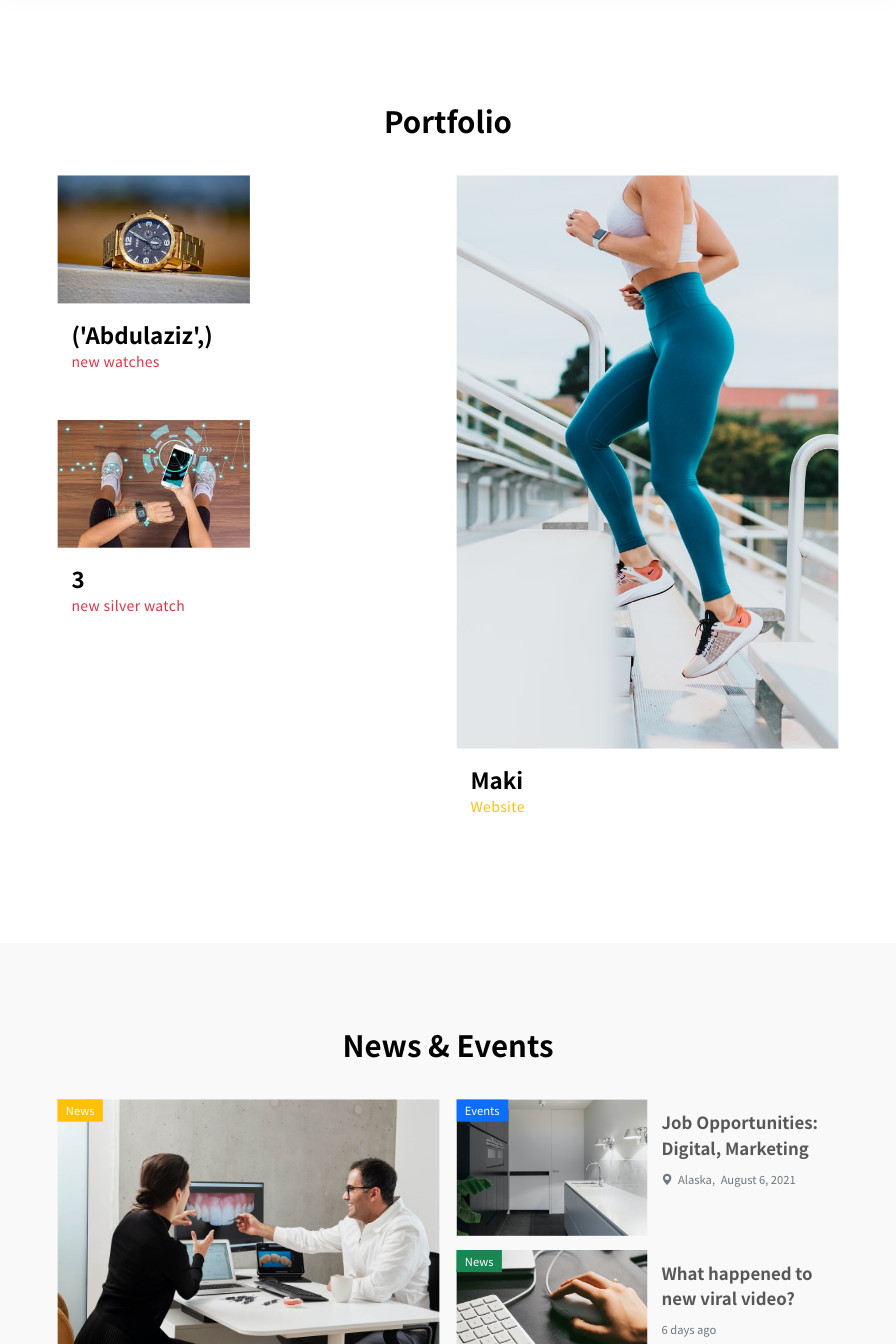
Repository: maqsudov0371/homework
Page: http://localhost/
The author's editor kept a copy of each file at every save. The page is drawn from the files as they stood at one save, then again after a run of saves.
The browser window is 1280 px wide. The pictures show the part of the page from y = 769 to 2689 px (the page is 4461 px tall before and 4174 px after), at 70% of full size.
The page is served by the project's application, run on Django 5.2 (manage.py). Other server files are loaded and not shown. The page reads the database file committed with the project.

Above is the page before, as saved 2024-07-13 15:10:26.

### templates/watches.html
<!doctype html>
<html lang="en">
    {% load static %}
    <head>
        <meta charset="utf-8">
        <meta name="viewport" content="width=device-width, initial-scale=1">

        <meta name="description" content="">
        <meta name="author" content="">

        <!-- <title>Nomad Force HTML Bootstrap 5 Template</title> -->

        <!-- CSS FILES -->
        <link rel="preconnect" href="https://fonts.googleapis.com">

        <link rel="preconnect" href="https://fonts.gstatic.com" crossorigin>

        <link href="https://fonts.googleapis.com/css2?family=Noto+Sans+JP:wght@100;300;400;700;900&display=swap" rel="stylesheet">

        <link href="{% static 'css/bootstrap.min.css' %}" rel="stylesheet">
        <link href="{% static 'css/bootstrap-icons.css' %}" rel="stylesheet">

        <link rel="stylesheet" href="{% static 'css/magnific-popup.css' %} ">

        <link href="{% static 'css/aos.css' %}" rel="stylesheet">

        <link href="{% static 'css/templatemo-nomad-force.css' %}" rel="stylesheet">
<!--

TemplateMo 567 Nomad Force

https://templatemo.com/tm-567-nomad-force

-->
    </head>

    <body>

        <main>

            <section class="hero" id="hero">
                <div class="heroText">
                    <h1 class="text-white mt-5 mb-lg-4" data-aos="zoom-in" data-aos-delay="800">
                        Trend WAtches
                    </h1>

                    <p class="text-secondary-white-color" data-aos="fade-up" data-aos-delay="1000">
                        create a great video for your website
                    </p>
                </div>

                <div class="videoWrapper">
                    <video autoplay="" loop="" muted="" class="custom-video" poster="{static 'videos/814dc43e870597176cad645798825c03.mp4'}">
                        <source src="{% static 'videos/814dc43e870597176cad645798825c03.mp4' %}" type="video/mp4">

                        Your browser does not support the video tag.
                    </video>
                </div>

                <div class="overlay"></div>
            </section>

            <nav class="navbar navbar-expand-lg bg-light shadow-lg">
                <div class="container">
                    <a class="navbar-brand" href="index.html">
                        <strong>Nomad Force</strong>
                    </a>

                    <button class="navbar-toggler" type="button" data-bs-toggle="collapse" data-bs-target="#navbarNav" aria-controls="navbarNav" aria-expanded="false" aria-label="Toggle navigation">
                        <span class="navbar-toggler-icon"></span>
                    </button>

                    <div class="collapse navbar-collapse" id="navbarNav">
                        <ul class="navbar-nav mx-auto">
                            <li class="nav-item active">
                                <a class="nav-link" href="#hero">Home</a>
                            </li>

                            <li class="nav-item">
                                <a class="nav-link" href="#about">Our Studio</a>
                            </li>

                            <li class="nav-item">
                                <a class="nav-link" href="#portfolio">Portfolio</a>
                            </li>

                            <li class="nav-item">
                                <a class="nav-link" href="#news">News & Events</a>
                            </li>

                            <li class="nav-item">
                                <a class="nav-link" href="#contact">Contact Us</a>
                            </li>
                        </ul>
                    </div>
                </div>
            </nav>


            <section class="section-padding" id="portfolio">
                <div class="container">
                    <div class="row">

                        <div class="col-12">
                            <h2 class="mb-5 text-center" data-aos="fade-up">Portfolio</h2>
                        </div>



                        <div class="col-lg-6 col-12">
                            {% for item in post %}
                            <div class="portfolio-thumb mb-5" data-aos="fade-up">
                                <a href="#" class="image-popup">
                                    <img src="{{ item.img.url }}" class="img-fluid portfolio-image" alt="">
                                </a>

                                <div class="portfolio-info">
                                    <h4 class="portfolio-title mb-0">{{ item.author }}</h4>

                                    <p class="text-danger">{{ item.body }}</p>
                                </div>
                            </div>
                            {% endfor %}

                        </div>

                        <div class="col-lg-6 col-12">
                            <div class="portfolio-thumb mt-5 mt-lg-0 mb-5" data-aos="fade-up">
                                <a href="{% static 'images/portfolio/tyler-nix-Y1drF0Y3Oe0-unsplash.jpeg' %}" class="image-popup">
                                    <img src="{% static 'images/portfolio/tyler-nix-Y1drF0Y3Oe0-unsplash.jpeg'%}" class="img-fluid portfolio-image" alt="">
                                </a>

                                <div class="portfolio-info">
                                    <h4 class="portfolio-title mb-0">Maki</h4>

                                    <p class="text-warning">Website</p>
                                </div>
                            </div>

                    </div>
                </div>
            </section>

            <section class="news section-padding" id="news">
                <div class="container">
                    <div class="row">

                        <div class="col-12">
                            <h2 class="mb-5 text-center" data-aos="fade-up">News & Events</h2>
                        </div>

                        <div class="col-lg-6 col-12 mb-5 mb-lg-0">
                            <div class="news-thumb" data-aos="fade-up">
                                <a href="news-detail.html" class="news-image-hover news-image-hover-warning">
                                    <img src="{% static 'images/news/caroline-lm-uqveD8dYPUM-unsplash.jpg'%}" class="img-fluid large-news-image news-image" alt="">
                                </a>

                                <div class="news-category bg-warning text-white">News</div>

                                <div class="news-text-info">
                                    <h5 class="news-title">
                                        <a href="news-detail.html" class="news-title-link">The rise of the gig economy spells the end for these workers the old system</a>
                                    </h5>

                                    <span class="text-muted">22 hours ago</span>
                                </div>
                            </div>
                        </div>

                        <div class="col-lg-6 col-12">
                            <div class="news-thumb news-two-column d-flex flex-column flex-lg-row" data-aos="fade-up">
                                <div class="news-top w-100">

                                    <a href="news-detail.html" class="news-image-hover news-image-hover-primary">
                                        <img src="{% static 'images/news/jean-philippe-delberghe-MmanXAs1sKw-unsplash.jpeg' %}" class="img-fluid news-image" alt="">
                                    </a>

                                    <div class="news-category bg-primary text-white">Events</div>
                                </div>

                                <div class="news-bottom w-100">
                                    <div class="news-text-info">
                                        <h5 class="news-title">
                                            <a href="news-detail.html" class="news-title-link">Job Opportunities: Digital, Marketing</a>
                                        </h5>

                                        <div class="d-flex flex-wrap">
                                            <span class="text-muted me-2">
                                                <i class="bi-geo-alt-fill me-1 mb-2 mb-lg-0"></i>
                                                Alaska,
                                            </span>

                                            <span class="text-muted">August 6, 2021</span>
                                        </div>
                                    </div>
                                </div>
                            </div>

                            <div class="news-thumb news-two-column d-flex flex-column flex-lg-row" data-aos="fade-up">
                                <div class="news-top w-100" data-aos="fade-up">

                                    <a href="news-detail.html" class="news-image-hover news-image-hover-success">
                                        <img src="{% static 'images/news/maria-stewart-p4tj0g-_aMM-unsplash.jpeg' %}" class="img-fluid news-image" alt="">
                                    </a>

                                    <div class="news-category bg-success text-white">News</div>
                                </div>

                                <div class="news-bottom w-100">
                                    <div class="news-text-info">
                                        <h5 class="news-title">
                                            <a href="news-detail.html" class="news-title-link">What happened to new viral video?</a>
                                        </h5>

                                        <span class="text-muted">6 days ago</span>
                                    </div>
                                </div>
                            </div>
                        </div>

                    </div>
                </div>
            </section>

            <section class=" contact section-padding" id="contact">
                <div class="container">
                    <div class="row">

                        <div class="col-lg-7 col-12 mx-auto">

                            <h2 class="mb-4 text-center" data-aos="fade-up">Dont' be shy, write to us</h2>

                            <form action="#" method="post" class="contact-form" role="form" data-aos="fade-up">

                                <div class="row">

                                    <div class="col-lg-6 col-6">
                                        <label for="name" class="form-label">Name <sup class="text-danger">*</sup></label>

                                        <input type="text" name="name" id="name" class="form-control" placeholder="Full name" required>
                                    </div>

                                    <div class="col-lg-6 col-6">
                                        <label for="email" class="form-label">Email <sup class="text-danger">*</sup></label>

                                        <input type="email" name="email" id="email" pattern="[^ @]*@[^ @]*" class="form-control" placeholder="Email address" required>
                                    </div>

                                    <div class="col-12 my-4">
                                        <label for="message" class="form-label">How can we help?</label>

                                        <textarea name="message" rows="6" class="form-control" id="message" placeholder="Tell us about the project" required></textarea>

                                    </div>
                                </div>

                                <div class="col-lg-5 col-12 mx-auto mt-5">
                                    <button type="submit" class="form-control">Send Message</button>
                                </div>
                            </form>
                        </div>

                    </div>
                </div>
            </section>

            <section class="google-map">
                <iframe src="https://maps.google.com/maps?q=Av.+L%C3%BAcio+Costa,+Rio+de+Janeiro+-+RJ,+Brazil&t=&z=13&ie=UTF8&iwloc=&output=embed" class="map-iframe" width="100%" height="400" style="border:0;" allowfullscreen="" loading="lazy"></iframe>
            </section>

        </main>

        <footer class="site-footer">
            <div class="container">
                <div class="row">

                    <div class="col-12">
                        <h5 class="text-white">
                            <i class="bi-geo-alt-fill me-2"></i>
                            State of Rio de Janeiro, Brazil
                        </h5>

                        <a href="mailto:info@company.com" class="custom-link mt-3 mb-5">
                            info@company.com
                        </a>
                    </div>

                    <div class="col-6">
                        <p class="copyright-text mb-0">Copyright © Nomad Force 2021

                        <br><br>Design: <a href="https://templatemo.com/page/1" target="_parent">TemplateMo</a></p>

                    </div>

                    <div class="col-lg-3 col-5 ms-auto">
                        <ul class="social-icon">
                            <li><a href="#" class="social-icon-link bi-facebook"></a></li>

                            <li><a href="#" class="social-icon-link bi-twitter"></a></li>

                            <li><a href="#" class="social-icon-link bi-whatsapp"></a></li>

                            <li><a href="#" class="social-icon-link bi-instagram"></a></li>

                            <li><a href="#" class="social-icon-link bi-youtube"></a></li>
                        </ul>
                    </div>

                </div>
            </section>
        </footer>

        <!-- JAVASCRIPT FILES -->
        <script src="{% static 'js/jquery.min.js' %}"></script>
        <script src="{% static 'js/bootstrap.bundle.min.js' %}"></script>
        <script src="{% static 'js/jquery.sticky.js' %}"></script>
        <script src="{% static 'js/aos.js' %}"></script>
        <script src="{% static 'js/jquery.magnific-popup.min.js' %}"></script>
        <script src="{% static 'js/magnific-popup-options.js' %}"></script>
        <script src="{% static 'js/scrollspy.min.js' %}"></script>
        <script src="{% static 'js/custom.js' %}"></script>

    </body>
</html>

### main/models.py
from django.db import models
from django.contrib.auth.models import  AbstractUser


class User(AbstractUser):
    name = models.CharField(max_length=255)
    img = models.ImageField(upload_to='avatar', null=True)
    bio = models.TextField(null=True, blank=True)

    class Meta(AbstractUser.Meta):
        swappable = 'AUTH_USER_MODEL'
        verbose_name = 'User'
        verbose_name_plural = 'Users'


class Watches(models.Model):
    author = models.ForeignKey(User, on_delete=models.CASCADE)
    title = models.CharField(max_length=255)
    body = models.TextField()
    create_at = models.DateTimeField(auto_now_add=True)

    def __str__(self) -> str:
        return self.title



class WatchImg(models.Model):
    img = models.ImageField(upload_to='watches-img/')
    watch = models.ForeignKey(Watches, on_delete=models.CASCADE)

    def __str__(self) -> str:
        return self.watch.title


class Comments(models.Model):
    author = models.ForeignKey(User, on_delete=models.CASCADE)
    watch = models.ForeignKey(Watches, on_delete=models.CASCADE)
    body = models.TextField()

    def __str__(self) -> str:
        return f"{self.author.username} to {self.watch.title}"


class Appeal(models.Model):
    author = models.ForeignKey(User, on_delete=models.CASCADE)
    full_name = models.CharField(max_length=255)
    email = models.EmailField()
    appeal = models.TextField()

    def __str__(self) -> str:
        return self.full_name

### main/views.py
from django.shortcuts import render
from . import models

def watches(request):
    posts = models.Watches.objects.all()
    for post in posts:
        post.img = models.WatchImg.objects.filter(watch__id=post.id).last().img

    context = {
        'post':posts
    }
    return render(request, 'watches.html', context)


def register_user(request):
    if request.method == 'POST':
        name = request.POST['name'],
        email = request.POST['email'],
        password = request.POST['password']

        user = models.User.objects.create(
            username = name,
            email = email,

        )
        user.set_password(password)
        user.save()

    return render(request, 'register.html')

### Watches/urls.py
"""
URL configuration for Watches project.

The `urlpatterns` list routes URLs to views. For more information please see:
    https://docs.djangoproject.com/en/5.0/topics/http/urls/
Examples:
Function views
    1. Add an import:  from my_app import views
    2. Add a URL to urlpatterns:  path('', views.home, name='home')
Class-based views
    1. Add an import:  from other_app.views import Home
    2. Add a URL to urlpatterns:  path('', Home.as_view(), name='home')
Including another URLconf
    1. Import the include() function: from django.urls import include, path
    2. Add a URL to urlpatterns:  path('blog/', include('blog.urls'))
"""
from django.contrib import admin
from django.urls import path, include
from django.conf import settings
from django.conf.urls.static import static

urlpatterns = [
    path('admin/', admin.site.urls),
    path('', include('main.urls'))
]+static(settings.MEDIA_URL, document_root=settings.MEDIA_ROOT)

### main/urls.py
from . import views
from django.urls import path

urlpatterns = [
    path('', views.watches),
    path('register-user', views.register_user, name='register_user')
]

### db.sqlite3 (the tables this page reads, as SQL)
CREATE TABLE "main_user" ("id" integer NOT NULL PRIMARY KEY AUTOINCREMENT, "password" varchar(128) NOT NULL, "last_login" datetime NULL, "is_superuser" bool NOT NULL, "username" varchar(150) NOT NULL UNIQUE, "first_name" varchar(150) NOT NULL, "last_name" varchar(150) NOT NULL, "email" varchar(254) NOT NULL, "is_staff" bool NOT NULL, "is_active" bool NOT NULL, "date_joined" datetime NOT NULL, "name" varchar(255) NOT NULL, "img" varchar(100) NULL, "bio" text NULL);
INSERT INTO "main_user" VALUES
(1, 'password', NULL, 0, '', '', '', 'email', 0, 1, '2024-07-13 09:45:34.601056', 'name', '', NULL),
(2, 'pbkdf2_sha256$720000$7qOhIua0GokKo5XnHbPs3d$sKR1GdT+V3XvInwLqnOaS7o+LvZoODNx9lLk1y9nG6c=', '2024-07-13 09:46:42.137860', 1, '3', '', '', '', 1, 1, '2024-07-13 09:46:13.054409', '', '', NULL),
(3, 'pbkdf2_sha256$720000$iXBicn1eC1vQuYBqbjr9T4$ZaBzuQLC3ChqX8du87HBqruBBeH/9nRsNm0Bf2IjO7U=', NULL, 0, '(''Abdulaziz'',)', '', '', '(''aliyevvor@gmail.com'',)', 0, 1, '2024-07-13 09:59:50.776235', '', '', NULL),
(4, 'pbkdf2_sha256$720000$TUEVvkurqMm6LJ0vnbHUj8$3DfxHPdorcKNty5/z37qK+nfFrnOEEv0ufWEpHJIX0Q=', NULL, 0, '5', '', '', 'admin@gmail.com', 0, 1, '2024-07-13 10:36:47.317609', '', '', NULL);

CREATE TABLE "main_watches" ("id" integer NOT NULL PRIMARY KEY AUTOINCREMENT, "title" varchar(255) NOT NULL, "body" text NOT NULL, "create_at" datetime NOT NULL, "author_id" bigint NOT NULL REFERENCES "main_user" ("id") DEFERRABLE INITIALLY DEFERRED);
INSERT INTO "main_watches" VALUES
(1, 'watches', 'new watches', '2024-07-13 10:06:10.464310', 3),
(2, 'watch', 'new silver watch', '2024-07-13 10:32:30.214029', 2);

CREATE TABLE "main_watchimg" ("id" integer NOT NULL PRIMARY KEY AUTOINCREMENT, "img" varchar(100) NOT NULL, "watch_id" bigint NOT NULL REFERENCES "main_watches" ("id") DEFERRABLE INITIALLY DEFERRED);
INSERT INTO "main_watchimg" VALUES
(1, 'watches-img/images_tcpJJCQ.jfif', 1),
(2, 'watches-img/images_5.jfif', 2);

Loaded but not shown: static/css/bootstrap.min.css (library); static/css/bootstrap-icons.css (library); static/css/magnific-popup.css (library); static/css/aos.css (library); static/js/jquery.min.js (library); static/js/bootstrap.bundle.min.js (library); static/js/jquery.sticky.js (library); static/js/aos.js (library); static/js/jquery.magnific-popup.min.js (library); static/js/magnific-popup-options.js (common file); static/js/scrollspy.min.js (common file); static/js/custom.js (42 lines, source omitted); static/css/templatemo-nomad-force.css (722 lines, source omitted)

After the next 2 saves:
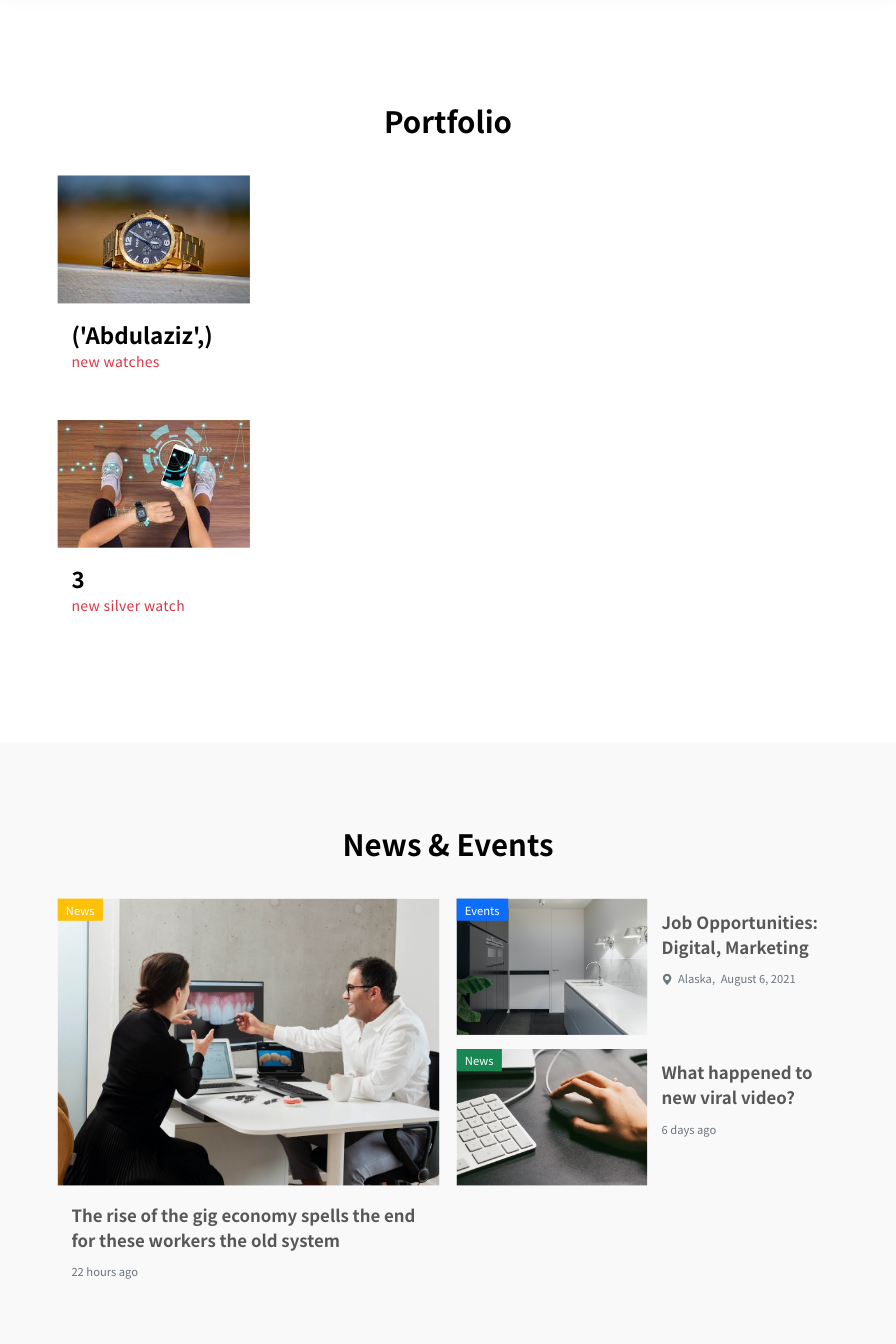
The 2 saves are shown as one change because they came seconds apart.
The last was saved 20 s later.
--- a/templates/watches.html
+++ b/templates/watches.html
@@ -124,18 +124,6 @@ https://templatemo.com/tm-567-nomad-force
 
                         </div>
 
-                        <div class="col-lg-6 col-12">
-                            <div class="portfolio-thumb mt-5 mt-lg-0 mb-5" data-aos="fade-up">
-                                <a href="{% static 'images/portfolio/tyler-nix-Y1drF0Y3Oe0-unsplash.jpeg' %}" class="image-popup">
-                                    <img src="{% static 'images/portfolio/tyler-nix-Y1drF0Y3Oe0-unsplash.jpeg'%}" class="img-fluid portfolio-image" alt="">
-                                </a>
-
-                                <div class="portfolio-info">
-                                    <h4 class="portfolio-title mb-0">Maki</h4>
-
-                                    <p class="text-warning">Website</p>
-                                </div>
-                            </div>
 
                     </div>
                 </div>
